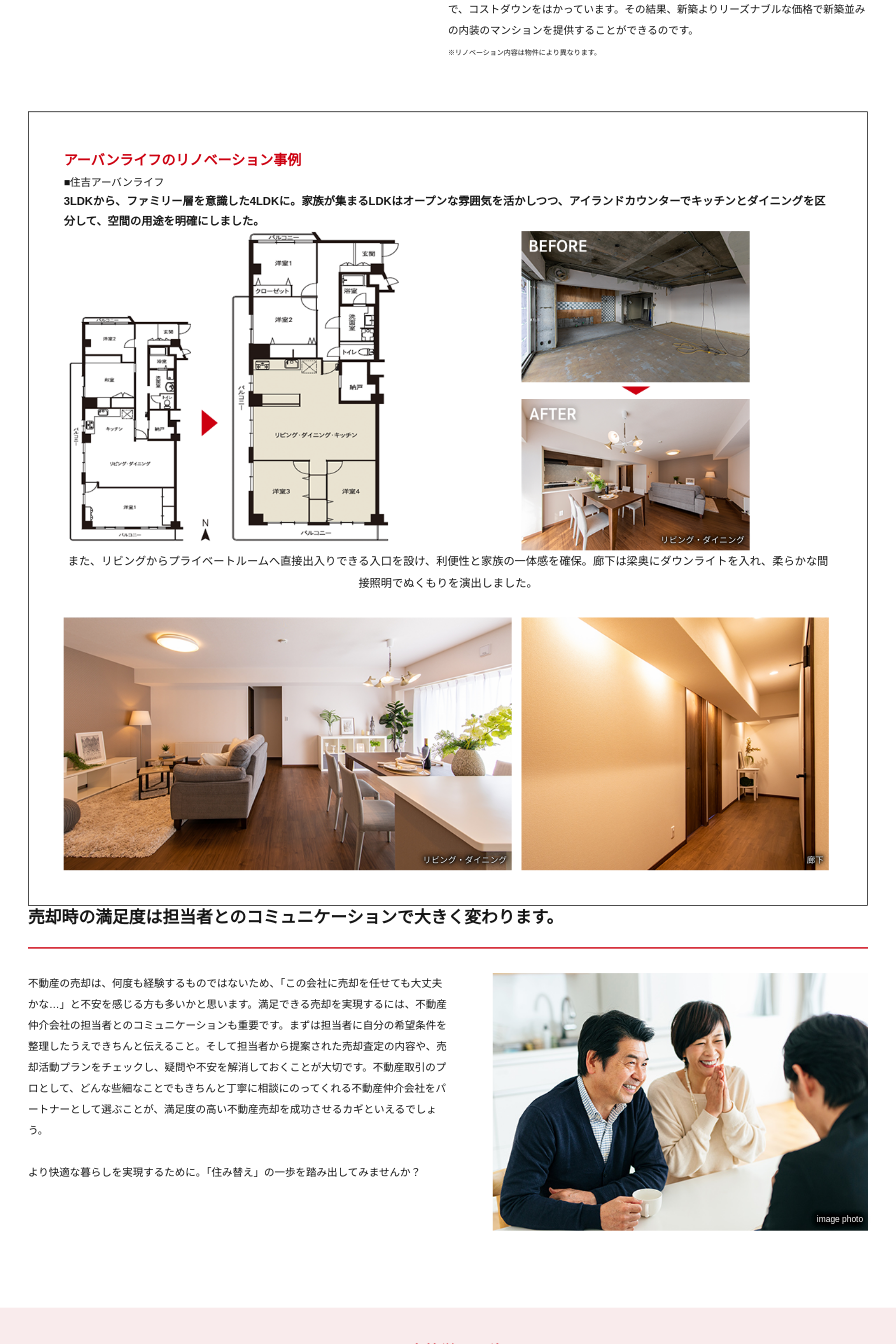
Repository: duongspm/group-kansai_new-data
Page: group-kansai_new/pickup/column07.html
The author's editor kept a copy of each file at every save. The page is drawn from the files as they stood at one save, then again after the next save.
The browser window is 1280 px wide. The pictures show the part of the page from y = 2143 to 4063 px (the page is 4708 px tall before and 4710 px after), at 70% of full size.

Above is the page before, as saved 2023-06-30 15:46:10.

After the next save:
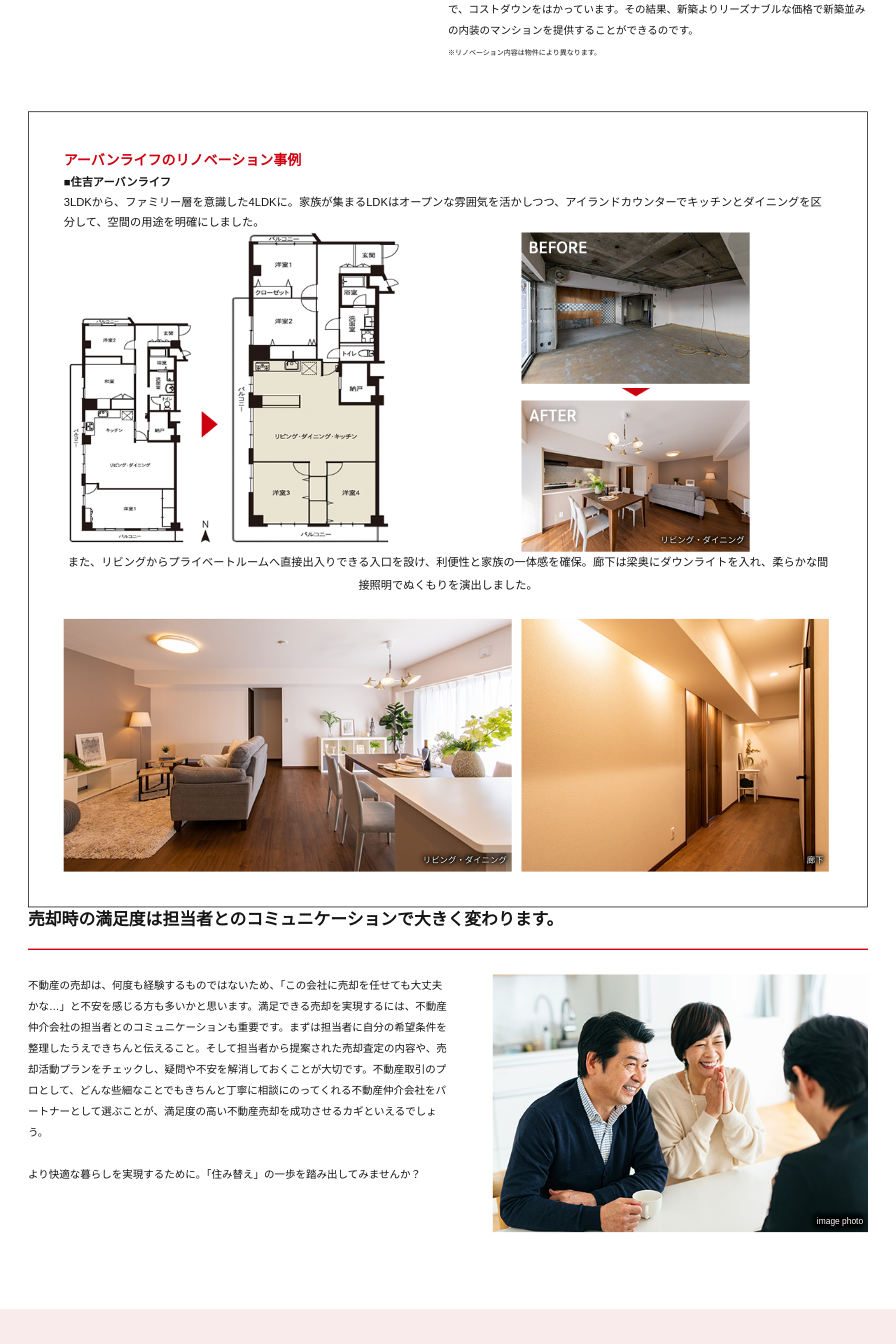
Saved 5 s later.
--- a/group-kansai_new/pickup/css/column.css
+++ b/group-kansai_new/pickup/css/column.css
@@ -190,7 +190,7 @@
     color: #cd0010;
     font-weight: bold;
 }
-.column07__box .subtitle{
+.column07__box .title{
     font-size: 16px;
     font-weight: bold;
 }
